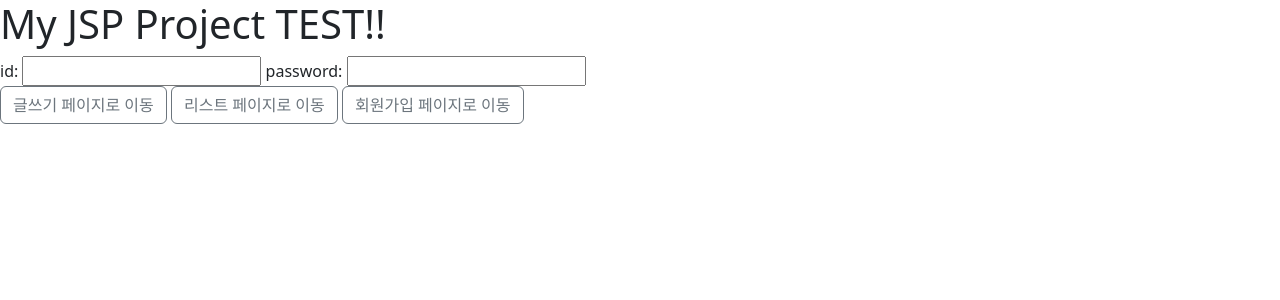
Repository: dlfhrrl12/jsptest
Page: http://localhost/jsp_study2/
The author's editor kept a copy of each file at every save. The page is drawn from the files as they stood at one save, then again after the next save.
The browser window is 1280 px wide. The pictures show the whole page.
The page is served by Tomcat 9.

Above is the page before, as saved 2024-04-17 01:26:03.

After the next save:
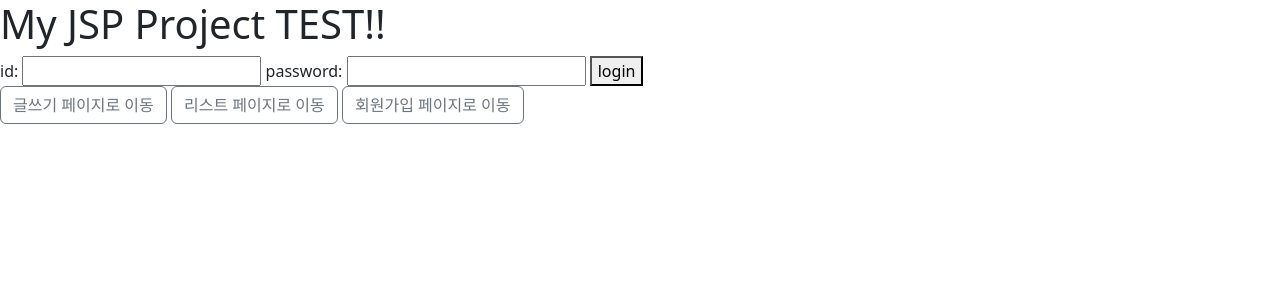
Saved 92 s later.
--- a/jsp_study2/src/main/webapp/index.jsp
+++ b/jsp_study2/src/main/webapp/index.jsp
@@ -14,9 +14,10 @@
 		method get => 주소표시줄에 ? 쿼리시트링을 달고 이동
 		method post => 별도의 저장공간에 담아서 이동 (보안, 많은 데이터를 이동시)
 	 -->
-	 <form action="" method="post">
+	 <form action="/memb/login" method="post">
 	 id: <input type="text" name="id">
 	 password: <input type="password" name="pwd">
+	 <button type="submit">login</button>
 	 </form>
 
 	<a href="/brd/register"> <button type="button" class="btn btn-outline-secondary"> 글쓰기 페이지로 이동</button></a>
